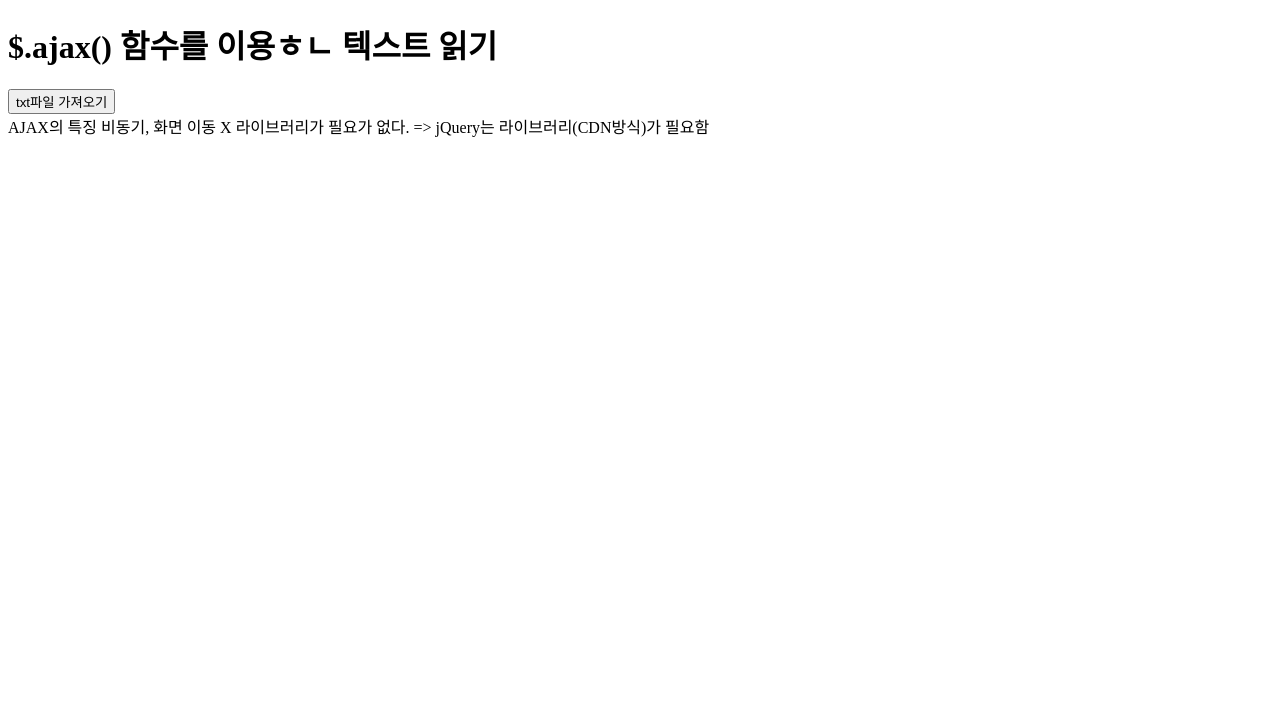
Repository: rwanda95do/bitcamp
Page: JQueryAjax/src/main/webapp/01_helloAjax/exam01.html
An editor plug-in stored every save of this project. The page is shown before and after the next save, followed by the edit.
The browser window is 1280 px wide. The page is 1280 px wide, then 1288 px, so the pictures cover 1288 px, including what lies to the right of the window. The pictures show the whole page.

Above is the page before, as saved 2024-08-27 05:28:13.

After the next save:
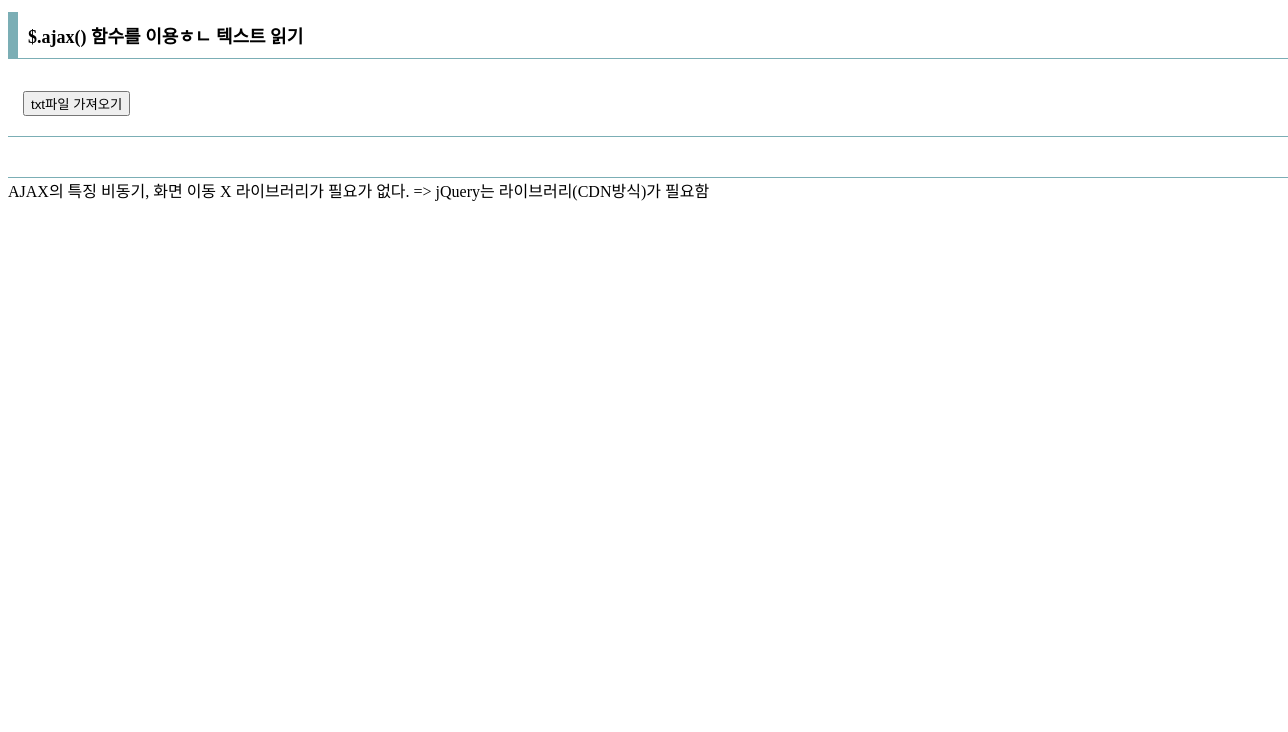
Saved 9 s later.
--- a/JQueryAjax/src/main/webapp/01_helloAjax/exam01.html
+++ b/JQueryAjax/src/main/webapp/01_helloAjax/exam01.html
@@ -5,7 +5,7 @@
 <head>
 <meta charset="UTF-8">
 <title>Insert title here</title>
-
+<link rel="stylesheet" href="../css/common.css">
 </head>
 <body>
 	<h1 class="title">$.ajax() 함수를 이용ㅎㄴ 텍스트 읽기</h1>
